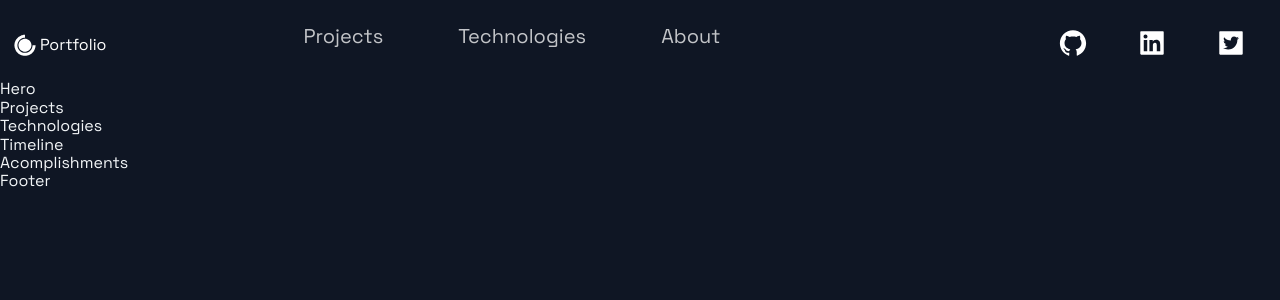
Repository: remydev47/portfolio2.0
Page: /
The author's editor kept a copy of each file at every save. The page is drawn from the files as they stood at one save, then again after the next save.
The browser window is 1280 px wide. The pictures show the whole page.
The project was rebuilt for these pictures with package versions that can differ from the ones it lists, and the page was loaded fresh each time. The framework's server and built-in components were replaced by stand-ins that run in the browser. Also part of the build but not shown: next.config.js, src/components/BackgrooundAnimation/BackgroundAnimation.js, src/styles/GlobalComponents/Button.js. Imported but missing from the stored project, and not drawn on this page: src/constants/constants.

Above is the page before, as saved 2022-04-28 20:38:38.

After the next save:
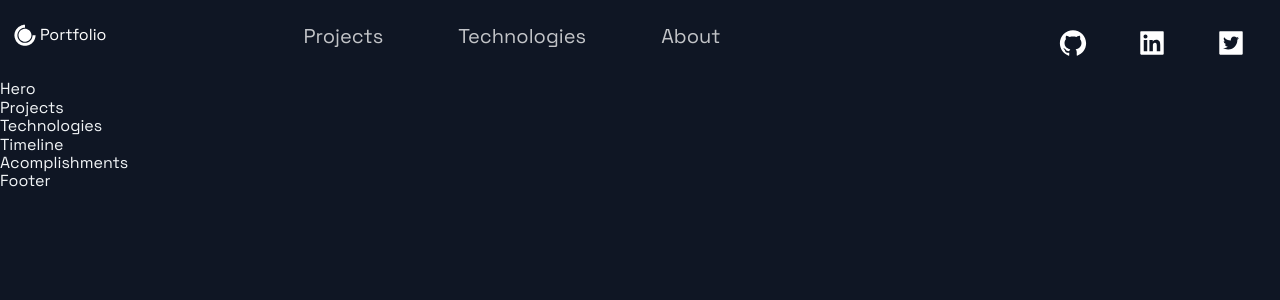
Saved 2 min 3 s later.
--- a/src/components/Header/Header.js
+++ b/src/components/Header/Header.js
@@ -9,7 +9,7 @@ const Header = () =>  (
   <Container>
     <Div1>
       <Link href="/">
-        <a style={{ display: "flex", alignItems:"center" , color:"white" }}>
+        <a style={{ display: "flex", alignItems:"center" , color:"white",  marginBottom:"20px" }}>
           <DiCssdeck size="3rem"/><Span>Portfolio</Span>
         </a>
       </Link>
